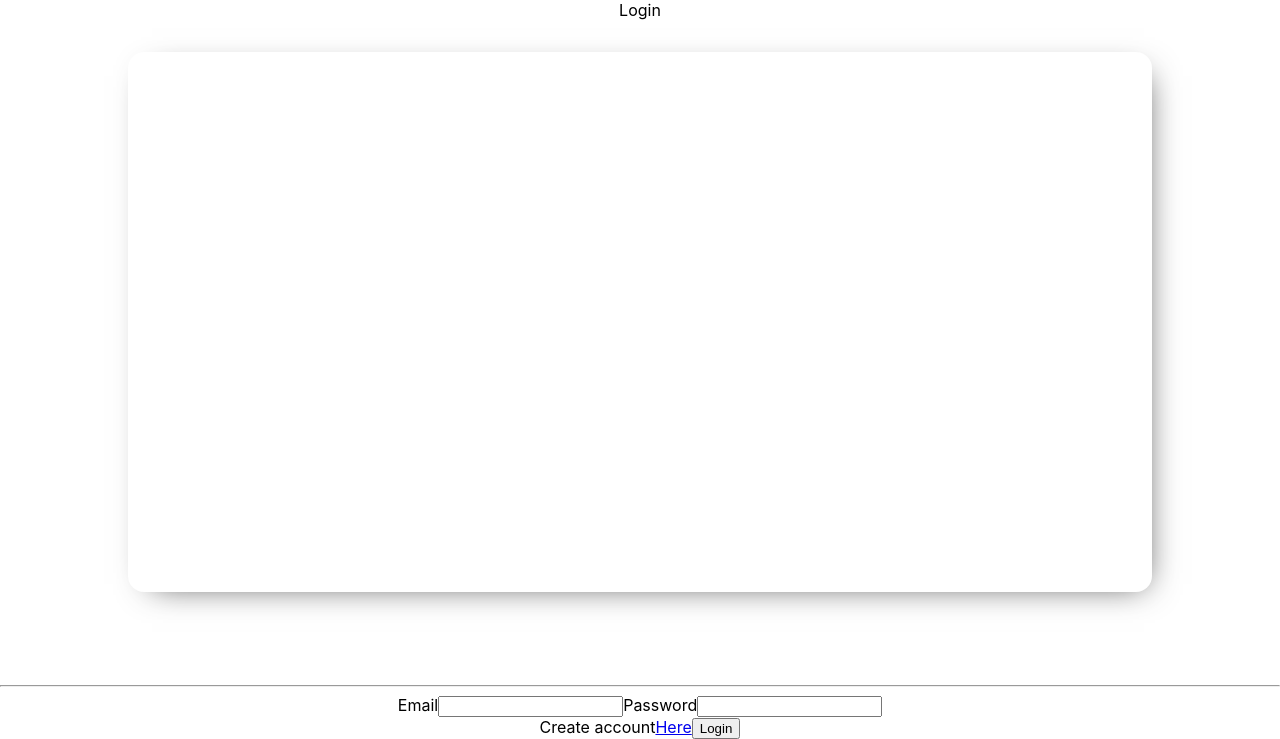
Repository: TendaniSadiki/revelation-e-commerce
Page: /login
The author's editor kept a copy of each file at every save. The page is drawn from the files as they stood at one save, then again after a run of saves.
The browser window is 1280 px wide. The pictures show the whole page.
The project was rebuilt for these pictures with package versions that can differ from the ones it lists, and the page was loaded fresh each time. Also part of the build but not shown: src/Components/Navbar.css, src/Components/Navbar.js, src/Components/CardStyle.css, src/Components/IndividualProduct.js, src/Components/Products.js, src/Components/IndividualCartProduct.js, src/Components/CartProduct.js, src/Components/Home.js and 8 more. Imported but missing from the stored project, and not drawn on this page: src/Components/Pages/Sale/Sale.

Above is the page before, as saved 2022-11-10 15:13:04.

### src/App.js
import logo from './logo.svg';
import './App.css';
import { Home } from './Components/Home';
import {BrowserRouter,Routes,Route} from 'react-router-dom'
import { Login } from './Components/Login';
import { Signup } from './Components/Signup';
import { NotFound } from './Components/NotFound';

import { Cart } from './Components/Cart';
import { AddProduct } from './Components/AddProduct';
import ProductView from './Components/ProductView';
import Sale from './Components/Pages/Sale/Sale';
import Summer from './Components/Pages/Summer/Summer';
import Winter from './Components/Pages/Sale/Sale';
import Accessories from './Components/Pages/Accessories/Accessories';



function App() {
  return (
    <div className="App">
      <BrowserRouter>

      <Routes>
        <Route path="/" element={<Home/>}/>
        <Route path="/login" element={<Login/>}/>
        <Route path ="/signup" element={<Signup/>}/>
        <Route path ="/cart" element={<Cart/>}/>
        <Route path = '/add-product' element={<AddProduct/>}/>
        <Route path = '/product-view' element={<ProductView/>}/>
        <Route path ='/sale' element={<Sale/>}/>
        <Route path = '/summer' element={<Summer/>}/>
        <Route path = '/winter' element={<Winter/>}/>
        <Route path = '/accessories' element={<Accessories/>} />



      </Routes>
      </BrowserRouter>


    </div>
  );
}

export default App;

### src/Components/Login.js
import React,{useState} from 'react'
import fire from '../Config/Config';
import {Link, useNavigate} from 'react-router-dom'
import './Login.css'
export const Login = () => {
    const navigate = useNavigate();
    const [email ,setEmail] = useState("");
    const [password, setPassword]= useState("");
    const [errorMsg ,setErrorMsg] = useState("");
    const [succcessMsg, setSuccessMsg]= useState("");


    const handleLogin=(e)=>{
        e.preventDefault()
        fire.auth().signInWithEmailAndPassword(email,password).then((credentials)=>{
            console.log(credentials)
                setSuccessMsg("Login Successfull. You will be redirected to Home")

                setEmail("");
                setPassword("");
                setErrorMsg("");
              setTimeout(()=>{
                setSuccessMsg("");
                navigate("/")
              },3000)

            })


    }

  return (
    <div className="main-Login">
      Login
       <div className="login-contain"></div>
    <br></br>
    <br></br>
    <h1></h1>
    <hr></hr>
    {succcessMsg&& <>
    <div className='success-msg'>{succcessMsg}</div>
    <br></br>
    </>}
    <form className='form-group' autoComplete='off' onSubmit={handleLogin}>

        <lable>Email</lable>
        <input type='email' className='form-control' required onChange={(e)=>setEmail(e.target.value)} value={email}/>
        <lable>Password</lable>
        <input type='password' className='form-control' required onChange={(e)=>setPassword(e.target.value)} value={password}/>
        <br></br>
       <div className='btn-box'>
        <span>Create account
            <Link to="/signup" className="text">Here</Link></span>
            <button type='submit' className="login-btn">Login</button>
       </div>
    </form>
    {errorMsg&& <>
        <div className='error-msg'>{errorMsg}</div>
        <br></br>
    </>}
    </div>
  )
}

### src/Config/Config.js
import firebase from 'firebase/compat/app';
import 'firebase/compat/auth';
import 'firebase/compat/firestore';
import 'firebase/compat/storage'
const config = {
    // apiKey: "AIzaSyB8CB9NLa1vbsREct9x7r2QWNzl0fXx3YA",
    // authDomain: "apparelbase-76671.firebaseapp.com",
    // projectId: "apparelbase-76671",
    // storageBucket: "apparelbase-76671.appspot.com",
    // messagingSenderId: "101281494605",
    // appId: "1:101281494605:web:acb62d132a8456585d8e04",
    // measurementId: "G-S25VVVM4TB"
    apiKey: "AIzaSyDG8_Lz9ggCm-gA1UM6TftJoSnTX7m-NWw",
    authDomain: "revelationapp-390bd.firebaseapp.com",
    databaseURL: "https://revelationapp-390bd-default-rtdb.firebaseio.com",
    projectId: "revelationapp-390bd",
    storageBucket: "revelationapp-390bd.appspot.com",
    messagingSenderId: "465444417647",
    appId: "1:465444417647:web:d4d93f9638925eab26dd9a"
};


const fire = firebase.initializeApp(config);
export const storage  = fire.storage();
export const db = fire.firestore();
export const auth = fire.auth()

export default fire;

### src/Components/Login.css


.main-login{
    min-height: 100vh;
    min-width: 100vw;
    overflow-x:hidden ;
    background: linear-gradient(to right, rgba(255,255,255) 50% );

}

.login-contain{
        height: 75vh;
        width: 80%;
        background: linear-gradient(to right bottom, rgba(236,236,236. 0.7), rgba(236,236,236, 0.3));
        border-radius: 1rem;
        margin: 2rem auto;
        box-shadow: 0.5rem 0.5rem 2rem -1rem rgb(57, 57, 57);
        display: flex;
        justify-content: center;
        align-items: center;
}

.left-side{
    margin: 2rem 2rem;
    box-shadow: 0.5rem 0.5rem 2rem -1rem rgb(58, 57, 57);
    height: 80%;
    width: 100%;
}
.right-side{
    margin: 2rem 2rem;
    box-shadow: 0.5rem 0.5rem 2rem -1rem rgb(58, 57, 57);
    height: 80%;
    width: 100%;
}

Loaded but not shown: public/index.html (common file); src/index.js (common file); src/index.css (common file); src/reportWebVitals.js (common file); src/App.css (common file)

After the next 4 saves:
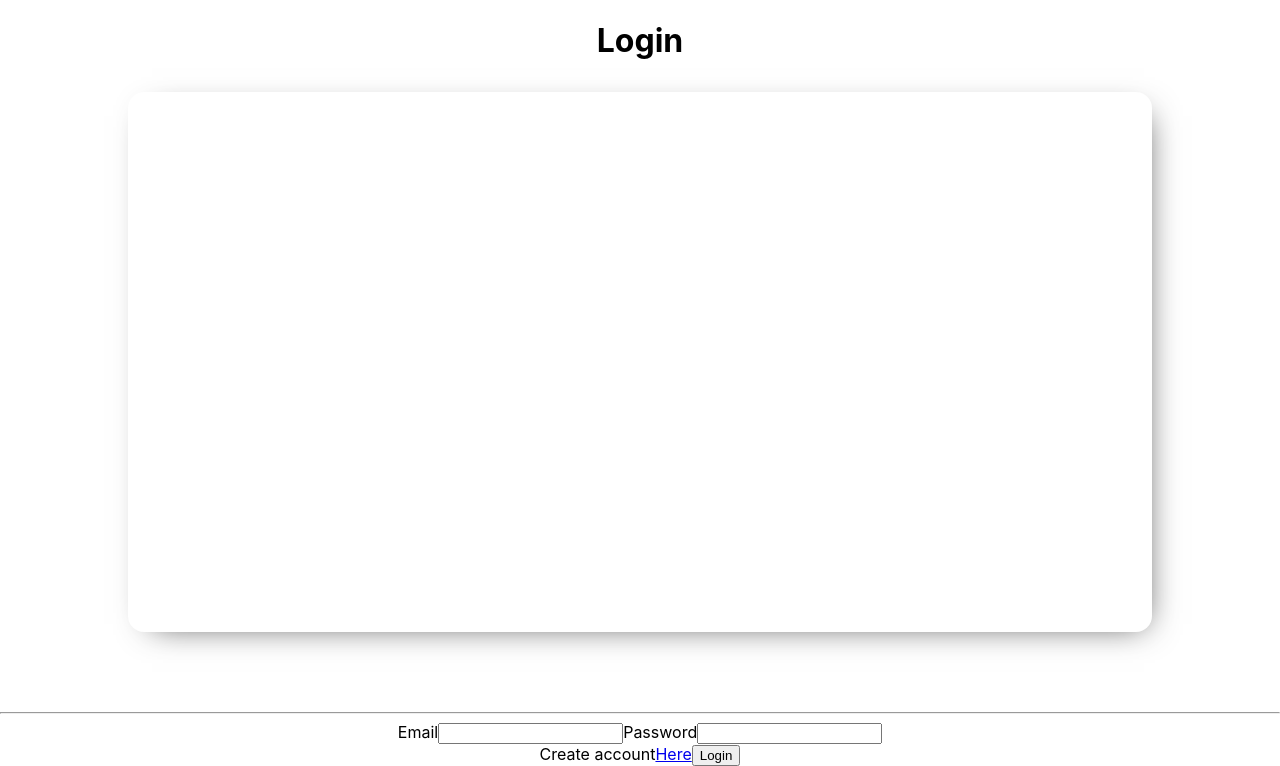
The 4 saves are shown as one change because they came seconds apart.
The last was saved 14 s later.
--- a/src/Components/Login.js
+++ b/src/Components/Login.js
@@ -31,11 +31,11 @@ export const Login = () => {
 
   return (
     <div className="main-Login">
-      Login
+       <h1>Login</h1>
        <div className="login-contain"></div>
     <br></br>
     <br></br>
-    <h1></h1>
+
     <hr></hr>
     {succcessMsg&& <>
     <div className='success-msg'>{succcessMsg}</div>
